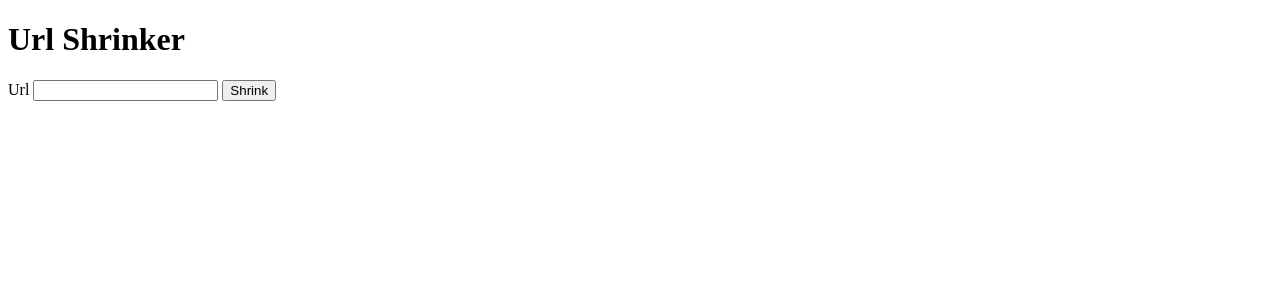
Repository: mohamediyas/urlShorter
Page: http://localhost/
An editor plug-in stored every save of this project. The page is shown before and after the next save, followed by the edit.
The browser window is 1280 px wide. The pictures show the whole page.
The page is served by the project's Node server (index.js).

Above is the page before, as saved 2022-10-22 13:21:33.

After the next save:
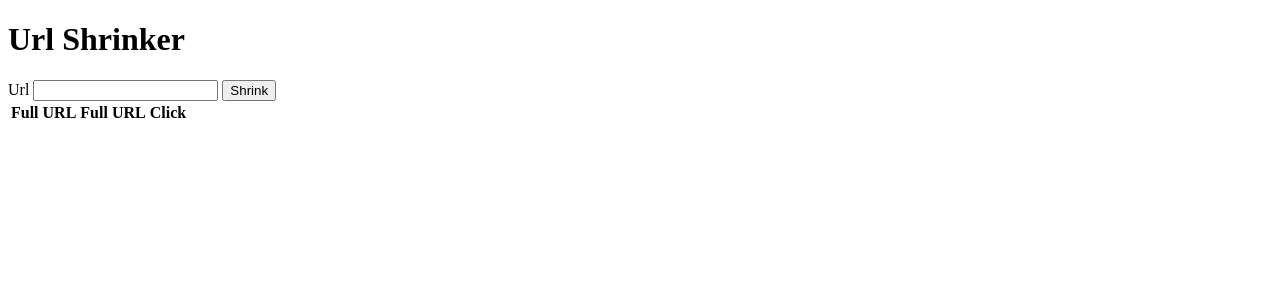
Saved 86 s later.
--- a/views/index.ejs
+++ b/views/index.ejs
@@ -15,5 +15,15 @@
       <input type="url" name="fullUrl" id="fullUrl" />
       <button type="submit">Shrink</button>
     </form>
+
+    <table>
+      <thead>
+        <tr>
+          <th>Full URL</th>
+          <th>Full URL</th>
+          <th>Click</th>
+        </tr>
+      </thead>
+    </table>
   </body>
 </html>
